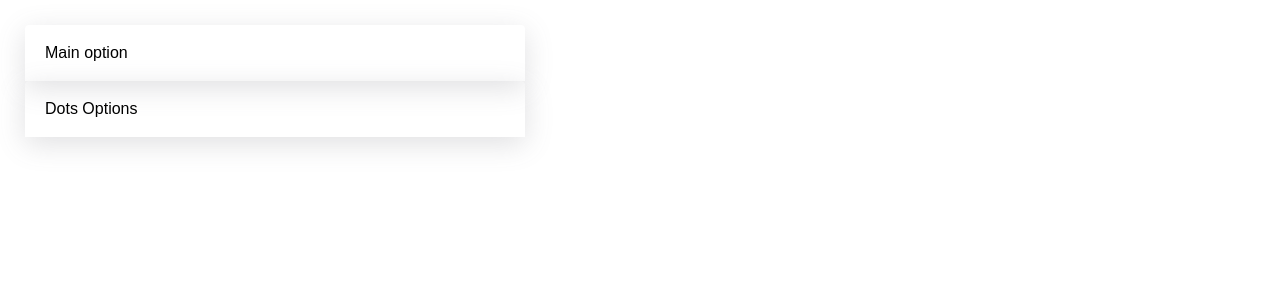
Repository: kip310/qr-code-js-club
Page: index.html
These files come from the project's save history. The page is drawn as it stood at one moment and after the next save; the edit follows.
The browser window is 1280 px wide. The pictures show the whole page.

Above is the page before, as saved 2025-02-12 00:44:37.

### index.html
<!DOCTYPE html>
<html lang="en">
<head>
    <meta charset="UTF-8">
    <meta name="viewport" content="width=device-width, initial-scale=1.0">
    <title>Code Generate</title>
    <link rel="stylesheet" href="./app.css" />
</head>
<body>
    <div class="accordion">

      <div class="accordion-header">
        <span>Main option</span>
        <i class="fa fa-angle-down icon"></i>
      </div>

      <div class="accordion-content">
        <div class="accordion-content-inner">
            <label for="form-data">Data</label>
                <textarea node="data" node-change-event="oninput" id="form-data" type="text" value="https://qr-code-styling.com">https://qr-code-styling.com</textarea>
                <label for="form-image-file">Image File</label>
                <div class="buttons-container">
                    <input node="image" node-data-field="files" id="form-image-file" type="file" />
                     <button type="button" id="button-cancel">Cancel</button>
                </div>
                <label for="form-width">Width</label>
                <div>
                    <input node="width" id="form-width" type="number" min="100" max="10000" value="300"/>
                </div>
                <label for="form-height">Height</label>
                <div>
                    <input node="height" id="form-height" type="number" min="100" max="10000" value="300"/>
                </div>
                <label for="form-height">Margin</label>
                <div>
                    <input node="margin" id="form-margin" type="number" min="0" max="10000" value="0"/>
                </div>
        </div>
      </div>

      <div class="accordion-header">
        <span>Dots Options</span>
        <i class="fa fa-angle-down icon"></i>
      </div>

      <div class="accordion-content">
        <div class="accordion-content-inner">
            <!-- <div class="panel"> -->
                        <label for="form-dots-type">Dots Style</label>
                        <div>
                            <select node="dotsOptions.type" id="form-dots-type">
                                <option value="square">Square</option>
                                <option value="dots">Dots</option>
                                <option value="rounded">Rounded</option>
                                <option value="extra-rounded" selected>Extra rounded</option>
                                <option value="classy">Classy</option>
                                <option value="classy-rounded">Classy rounded</option>
                            </select>
                        </div>
                        <label>Color Type</label>
                        <div class="space-between-container">
                            <div style="flex-grow: 1">
                                <input node-data-field="checked" node="dotsOptionsHelper.colorType.single" id="form-dots-color-type-single" type="radio" name="dots-color-type" checked/>
                                <label for="form-dots-color-type-single">Single color</label>
                            </div>
                            <div style="flex-grow: 1">
                                <input node-data-field="checked" node="dotsOptionsHelper.colorType.gradient" id="form-dots-color-type-gradient" type="radio" name="dots-color-type"/>
                                <label for="form-dots-color-type-gradient">Color gradient</label>
                            </div>
                        </div>
                        <label class="dotsOptionsHelper.colorType.single" for="form-dots-color">Dots Color</label>
                        <div class="dotsOptionsHelper.colorType.single">
                            <input node="dotsOptions.color" id="form-dots-color" type="color" value="#6a1a4c"/>
                        </div>
                        <label class="dotsOptionsHelper.colorType.gradient" style="visibility: hidden; height: 0">Gradient Type</label>
                        <div class="dotsOptionsHelper.colorType.gradient space-between-container" style="visibility: hidden; height: 0">
                            <div style="flex-grow: 1">
                                <input node-data-field="checked" node="dotsOptionsHelper.gradient.linear" id="form-dots-gradient-type-linear" type="radio" name="dots-gradient-type" checked/>
                                <label for="form-dots-gradient-type-linear">Linear</label>
                            </div>
                            <div style="flex-grow: 1">
                                <input node-data-field="checked" node="dotsOptionsHelper.gradient.radial" id="form-dots-gradient-type-radial" type="radio" name="dots-gradient-type"/>
                                <label for="form-dots-gradient-type-radial">Radial</label>
                            </div>
                        </div>
                        <label class="dotsOptionsHelper.colorType.gradient" style="visibility: hidden; height: 0">Dots Gradient</label>
                        <div class="dotsOptionsHelper.colorType.gradient" style="visibility: hidden; height: 0">
                            <input node="dotsOptionsHelper.gradient.color1" type="color" value="#6a1a4c"/>
                            <input node="dotsOptionsHelper.gradient.color2" type="color" value="#6a1a4c"/>
                        </div>
                        <label class="dotsOptionsHelper.colorType.gradient" for="form-dots-gradient-rotation" style="visibility: hidden; height: 0">Rotation</label>
                        <div class="dotsOptionsHelper.colorType.gradient" style="visibility: hidden; height: 0">
                            <input node="dotsOptionsHelper.gradient.rotation" id="form-dots-gradient-rotation" type="number" min="0" max="360" value="0"/>
                        </div>
                    <!-- </div> -->
        </div>
      </div>
    </div>
      <script src="./hehe.js"></script>
</body>
</html>

### app.css
html {
    box-sizing: border-box;
  }
  * {
    margin: 0;
    padding: 0;
  }
  *,
  *:before,
  *:after {
    box-sizing: border-box;
  }
  input,
  textarea,
  select,
  button {
    outline: none;
  }
  input {
    line-height: normal;
  }
  label,
  button {
    cursor: pointer;
  }
  a {
    text-decoration: none;
  }
  img {
    display: block;
    max-width: 100%;
  }
  *,
  *:before,
  *:after {
    box-sizing: border-box;
  }
  /* using rem unit */
  html {
    font-size: 62.5%;
  }
  a {
    text-decoration: none;
  }
  img {
    display: block;
    max-width: 100%;
  }
  body {
    font-family: "Poppins", sans-serif;
    font-size: 16px;
    line-height: 1;
    padding: 25px;
  }
  .accordion {
    margin-bottom: 25px;
    max-width: 500px;
  }
  .accordion-header {
    padding: 20px;
    border-radius: 4px 4px 0 0;
    cursor: pointer;
    box-shadow: rgba(100, 100, 111, 0.2) 0px 7px 29px 0px;
    display: flex;
    justify-content: space-between;
    align-items: center;
  }
  .accordion-header * {
    pointer-events: none;
  }
  .accordion-content {
    border-top: 0;
    color: #333;
    font-size: 14px;
    font-weight: 300;
    line-height: 1.6;
    background-color: white;
    height: 0;
    overflow: hidden;
    transition: all 0.25s linear;
  }
  .accordion-content-inner {
    padding: 20px;
    border: 1px solid #eee;
  }
  .accordion-content.is-active {
    height: auto;
    }

### hehe.js
const accordionHeaders = document.querySelectorAll(".accordion-header");
[...accordionHeaders].forEach((item)=> item.addEventListener("click", handleClickAccordion));
function handleClickAccordion(event){
    // console.log(event.target);
    event.target.nextElementSibling.classList.toggle("is-active");
    const content = event.target.nextElementSibling;
    content.style.height = `${content.scrollHeight}px`;
    if (!content.classList.contains("is-active")){
        content.style.height = "0px";
    }

    const icon = event.target.querySelector(".icon");
    icon.classList.toggle("fa-angle-down");
    icon.classList.toggle("fa-angle-up");
}

After the next save:
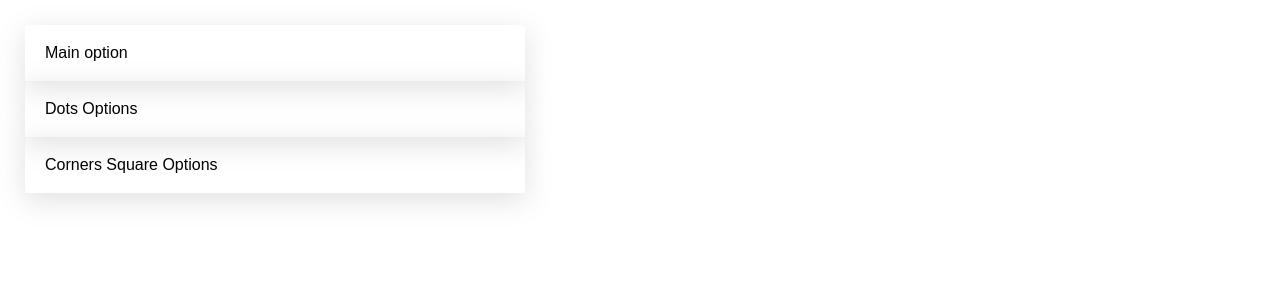
Saved 12 h 11 min later.
--- a/index.html
+++ b/index.html
@@ -95,6 +95,62 @@
                     <!-- </div> -->
         </div>
       </div>
+
+      <div class="accordion-header">
+        <span>Corners Square Options</span>
+        <i class="fa fa-angle-down icon"></i>
+    </div>
+      <div class="accordion-content">
+        <div class="accordion-content-inner">
+            <label for="form-corners-square-type">Corners Square Style</label>
+            <div>
+                <select node="cornersSquareOptions.type" id="form-corners-square-type">
+                    <option value="">None</option>
+                    <option value="square">Square</option>
+                    <option value="dot">Dot</option>
+                    <option value="extra-rounded" selected>Extra rounded</option>
+                </select>
+            </div>
+            <label>Color Type</label>
+            <div class="space-between-container">
+                <div style="flex-grow: 1">
+                    <input node-data-field="checked" node="cornersSquareOptionsHelper.colorType.single" id="form-corners-square-color-type-single" type="radio" name="corners-square-color-type" checked/>
+                    <label for="form-corners-square-color-type-single">Single color</label>
+                </div>
+                <div style="flex-grow: 1">
+                    <input node-data-field="checked" node="cornersSquareOptionsHelper.colorType.gradient" id="form-corners-square-color-type-gradient" type="radio" name="corners-square-color-type"/>
+                    <label for="form-corners-square-color-type-gradient">Color gradient</label>
+                </div>
+            </div>
+            <label class="cornersSquareOptionsHelper.colorType.single" for="form-corners-square-color">Corners Square Color</label>
+            <div class="cornersSquareOptionsHelper.colorType.single buttons-container">
+                <input node="cornersSquareOptions.color" id="form-corners-square-color" type="color" value="#000000"/>
+                <button type="button" id="button-clear-corners-square-color">Clear</button>
+            </div>
+            <label class="cornersSquareOptionsHelper.colorType.gradient" style="visibility: hidden; height: 0">Gradient Type</label>
+            <div class="cornersSquareOptionsHelper.colorType.gradient space-between-container" style="visibility: hidden; height: 0">
+                <div style="flex-grow: 1">
+                    <input node-data-field="checked" node="cornersSquareOptionsHelper.gradient.linear" id="form-corners-square-gradient-type-linear" type="radio" name="corners-square-gradient-type" checked/>
+                    <label for="form-corners-square-gradient-type-linear">Linear</label>
+                </div>
+                <div style="flex-grow: 1">
+                    <input node-data-field="checked" node="cornersSquareOptionsHelper.gradient.radial" id="form-corners-square-gradient-type-radial" type="radio" name="corners-square-gradient-type"/>
+                    <label for="form-corners-square-gradient-type-radial">Radial</label>
+                </div>
+            </div>
+            <label class="cornersSquareOptionsHelper.colorType.gradient" style="visibility: hidden; height: 0">Dots Gradient</label>
+            <div class="cornersSquareOptionsHelper.colorType.gradient" style="visibility: hidden; height: 0">
+                <input node="cornersSquareOptionsHelper.gradient.color1" type="color" value="#000000"/>
+                <input node="cornersSquareOptionsHelper.gradient.color2" type="color" value="#000000"/>
+            </div>
+            <label class="cornersSquareOptionsHelper.colorType.gradient" for="form-corners-square-gradient-rotation" style="visibility: hidden; height: 0">Rotation</label>
+            <div class="cornersSquareOptionsHelper.colorType.gradient" style="visibility: hidden; height: 0">
+                <input node="cornersSquareOptionsHelper.gradient.rotation" id="form-corners-square-gradient-rotation" type="number" min="0" max="360" value="0"/>
+            </div>
+        </div>
+        </div>
+
+      </div>
     </div>
       <script src="./hehe.js"></script>
 </body>
